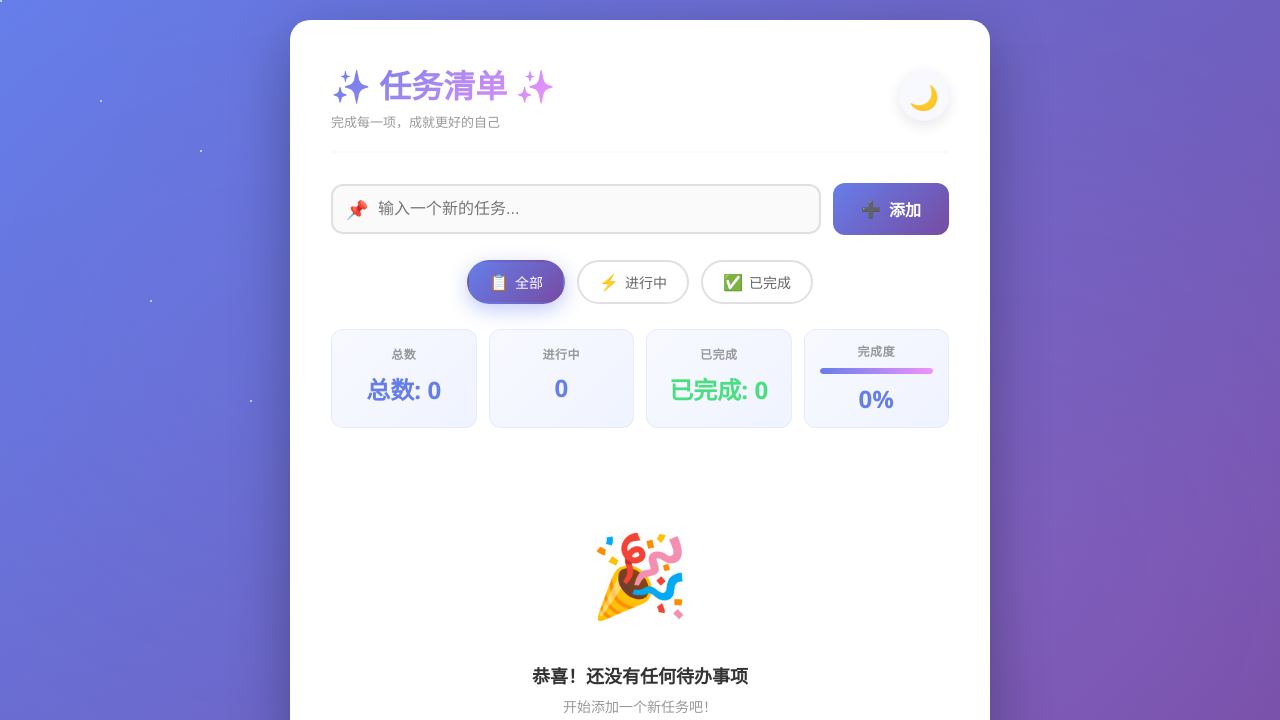
Repository: mycicai/todoapp
Page: index.html
The author's editor kept a copy of each file at every save. The page is drawn from the files as they stood at one save, then again after the next save.
The browser window is 1280 px wide. The pictures show the window.
A layer covers the whole window, so only the first screen is drawn.

Above is the page before, as saved 2026-01-26 19:51:51.

After the next save:
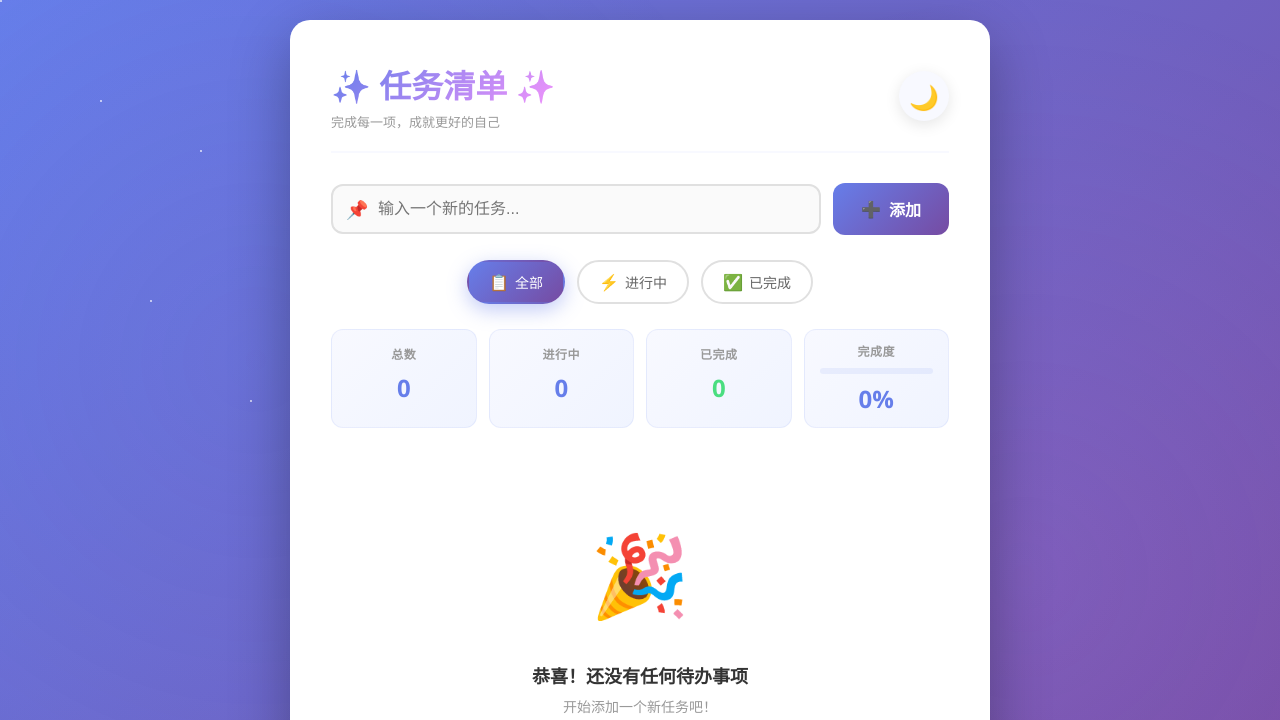
Saved 17 s later.
--- a/script.js
+++ b/script.js
@@ -1,8 +1,9 @@
-// Todo App JavaScript
+// 高级 Todo App
 class TodoApp {
     constructor() {
         this.todos = [];
         this.currentFilter = 'all';
+        this.darkMode = localStorage.getItem('darkMode') === 'true';
         this.init();
     }
 
@@ -10,6 +11,7 @@ class TodoApp {
         this.loadTodos();
         this.setupElements();
         this.setupEventListeners();
+        this.applyTheme();
         this.render();
     }
 
@@ -21,6 +23,10 @@ class TodoApp {
         this.clearBtn = document.getElementById('clearBtn');
         this.totalCount = document.getElementById('totalCount');
         this.completedCount = document.getElementById('completedCount');
+        this.activeCount = document.getElementById('activeCount');
+        this.progressFill = document.getElementById('progressFill');
+        this.progressPercent = document.getElementById('progressPercent');
+        this.themeToggle = document.getElementById('themeToggle');
         this.filterBtns = document.querySelectorAll('.filter-btn');
     }
 
@@ -36,22 +42,42 @@ class TodoApp {
         // 清除已完成
         this.clearBtn.addEventListener('click', () => this.clearCompleted());
 
+        // 主题切换
+        this.themeToggle.addEventListener('click', () => this.toggleTheme());
+
         // 过滤按钮
         this.filterBtns.forEach(btn => {
             btn.addEventListener('click', (e) => {
                 this.filterBtns.forEach(b => b.classList.remove('active'));
-                e.target.classList.add('active');
-                this.currentFilter = e.target.dataset.filter;
+                e.currentTarget.classList.add('active');
+                this.currentFilter = e.currentTarget.dataset.filter;
                 this.render();
             });
         });
     }
 
+    toggleTheme() {
+        this.darkMode = !this.darkMode;
+        localStorage.setItem('darkMode', this.darkMode);
+        this.applyTheme();
+    }
+
+    applyTheme() {
+        const html = document.documentElement;
+        if (this.darkMode) {
+            html.classList.add('dark-theme');
+            this.themeToggle.textContent = '☀️';
+        } else {
+            html.classList.remove('dark-theme');
+            this.themeToggle.textContent = '🌙';
+        }
+    }
+
     addTodo() {
         const text = this.todoInput.value.trim();
 
         if (text === '') {
-            alert('请输入待办事项！');
+            this.showNotification('请输入待办事项！');
             return;
         }
 
@@ -59,10 +85,11 @@ class TodoApp {
             id: Date.now(),
             text: text,
             completed: false,
-            createdAt: new Date().toLocaleString('zh-CN')
+            createdAt: new Date().toLocaleString('zh-CN'),
+            priority: 'normal'
         };
 
-        this.todos.push(todo);
+        this.todos.unshift(todo);
         this.todoInput.value = '';
         this.todoInput.focus();
         this.saveTodos();
@@ -88,7 +115,7 @@ class TodoApp {
         const completedCount = this.todos.filter(t => t.completed).length;
 
         if (completedCount === 0) {
-            alert('没有已完成的项目！');
+            this.showNotification('没有已完成的项目！');
             return;
         }
 
@@ -113,9 +140,14 @@ class TodoApp {
     updateStats() {
         const total = this.todos.length;
         const completed = this.todos.filter(t => t.completed).length;
-
-        this.totalCount.textContent = `总数: ${total}`;
-        this.completedCount.textContent = `已完成: ${completed}`;
+        const active = total - completed;
+        const percentage = total === 0 ? 0 : Math.round((completed / total) * 100);
+
+        this.totalCount.textContent = total;
+        this.completedCount.textContent = completed;
+        this.activeCount.textContent = active;
+        this.progressPercent.textContent = `${percentage}%`;
+        this.progressFill.style.width = `${percentage}%`;
     }
 
     render() {
@@ -135,7 +167,7 @@ class TodoApp {
         }
 
         // 渲染待办事项
-        filteredTodos.forEach(todo => {
+        filteredTodos.forEach((todo, index) => {
             const li = document.createElement('li');
             li.className = `todo-item ${todo.completed ? 'completed' : ''}`;
 
@@ -147,7 +179,10 @@ class TodoApp {
                     data-id="${todo.id}"
                 >
                 <span class="todo-text">${this.escapeHtml(todo.text)}</span>
-                <button class="delete-btn" data-id="${todo.id}">删除</button>
+                <button class="delete-btn" data-id="${todo.id}">
+                    <span>🗑️</span>
+                    <span>删除</span>
+                </button>
             `;
 
             // 复选框事件
@@ -170,6 +205,11 @@ class TodoApp {
         this.clearBtn.disabled = !hasCompleted;
     }
 
+    showNotification(message) {
+        // 简单的通知
+        alert(message);
+    }
+
     saveTodos() {
         localStorage.setItem('todos', JSON.stringify(this.todos));
     }
